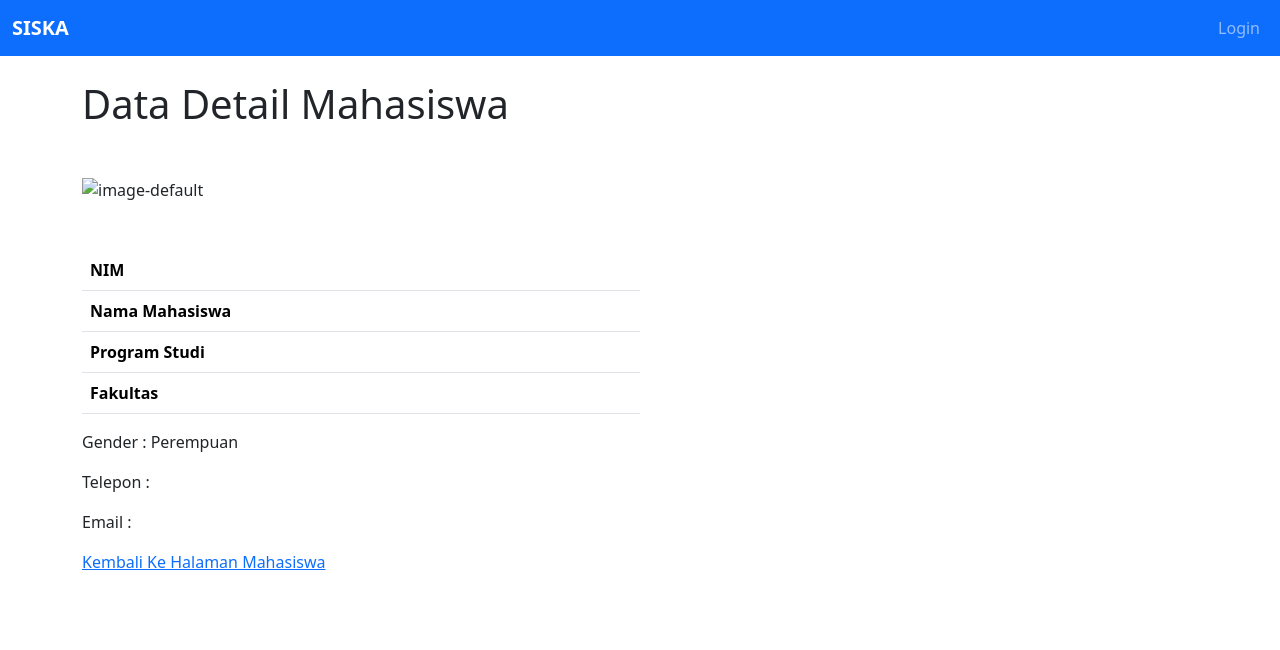
Repository: WiraAtma/administrasi-kampus
Page: resources/views/mahasiswa-detail.blade.php
These files come from the project's save history. The page is drawn as it stood at one moment and after a run of saves; the edit follows.
The browser window is 1280 px wide. The pictures show the whole page.
The page is served by the project's Laravel application, run on PHP 8.4 with Laravel 12. The template is opened directly, without the code that normally fills it, so the values that code supplies are empty.

Above is the page before, as saved 2024-10-26 16:08:53.

After the next 2 saves:
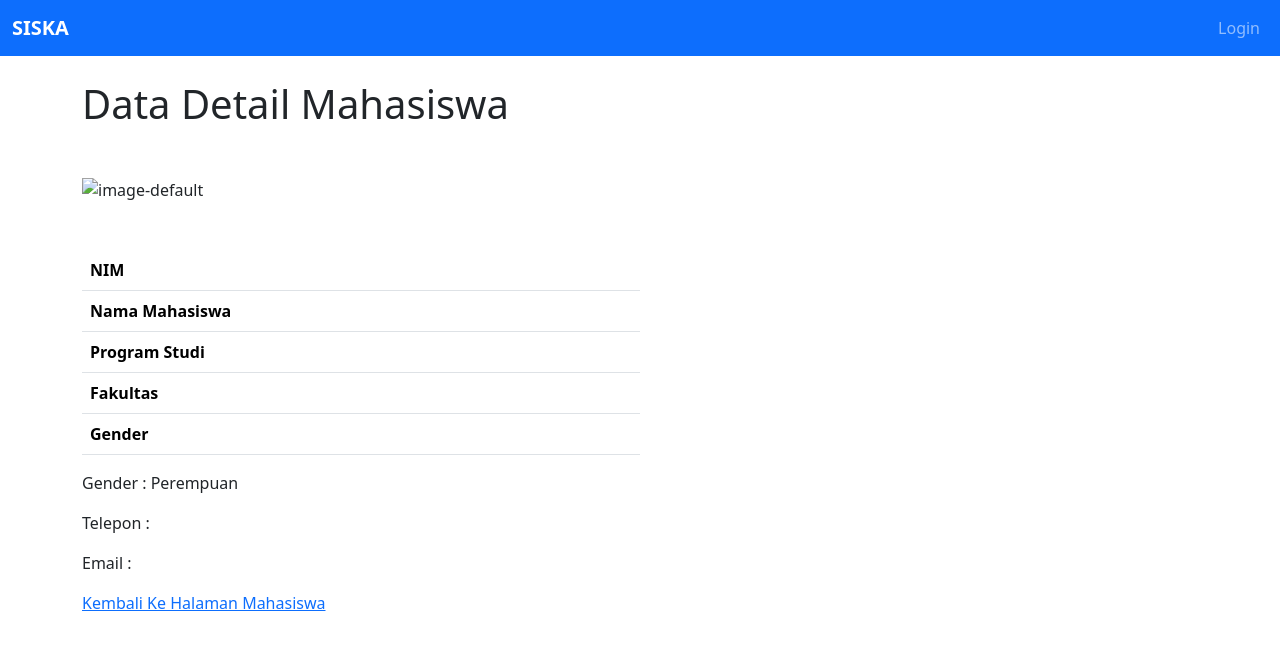
The 2 saves are shown as one change because they came seconds apart.
The last was saved 10 s later.
--- a/resources/views/mahasiswa-detail.blade.php
+++ b/resources/views/mahasiswa-detail.blade.php
@@ -30,6 +30,10 @@
                 <th>Fakultas</th>
                 <td>{{ $mahasiswa->prodi->fakultas->name }}</td>
             </tr>
+            <tr>
+                <th>Gender</th>
+                <th></th>
+            </tr>
         </table>
         <p>
             Gender :
